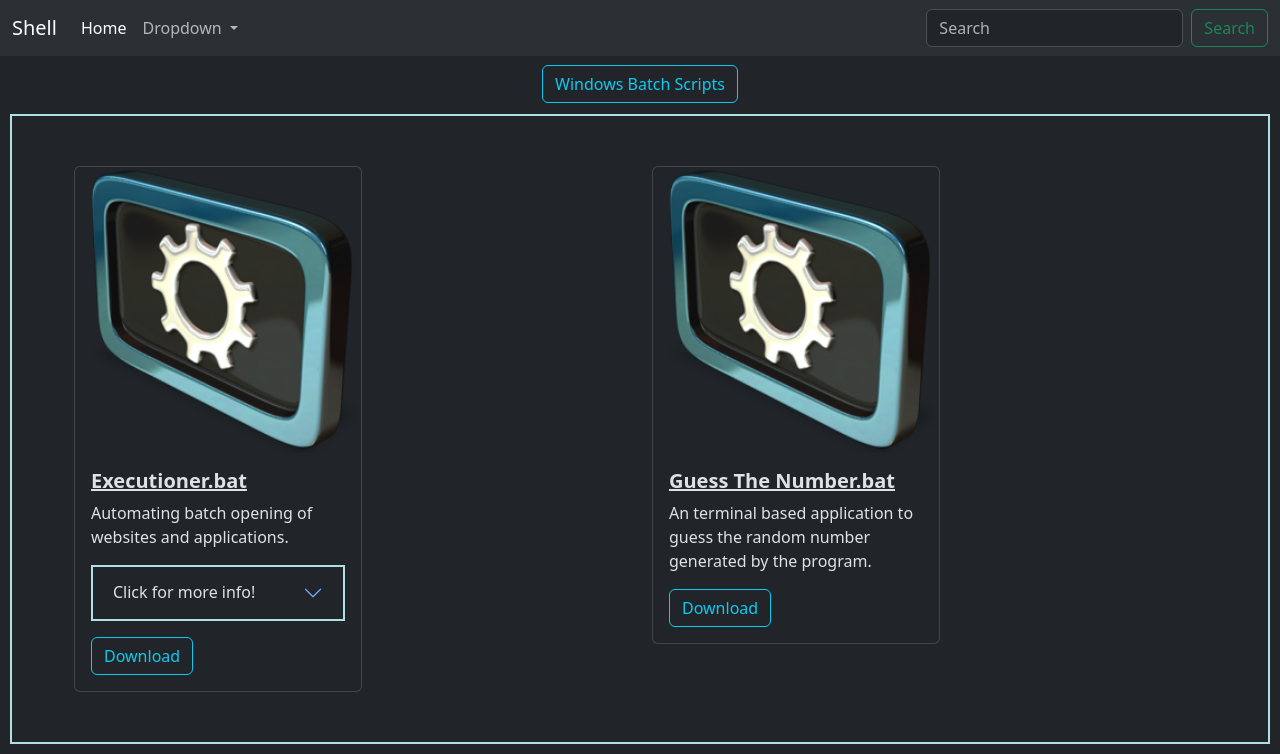
Repository: VictoriousMango/Archive
Page: index.html
The author's editor kept a copy of each file at every save. The page is drawn from the files as they stood at one save, then again after the next save.
The browser window is 1280 px wide. The pictures show the whole page.

Above is the page before, as saved 2024-10-05 20:09:49.

After the next save:
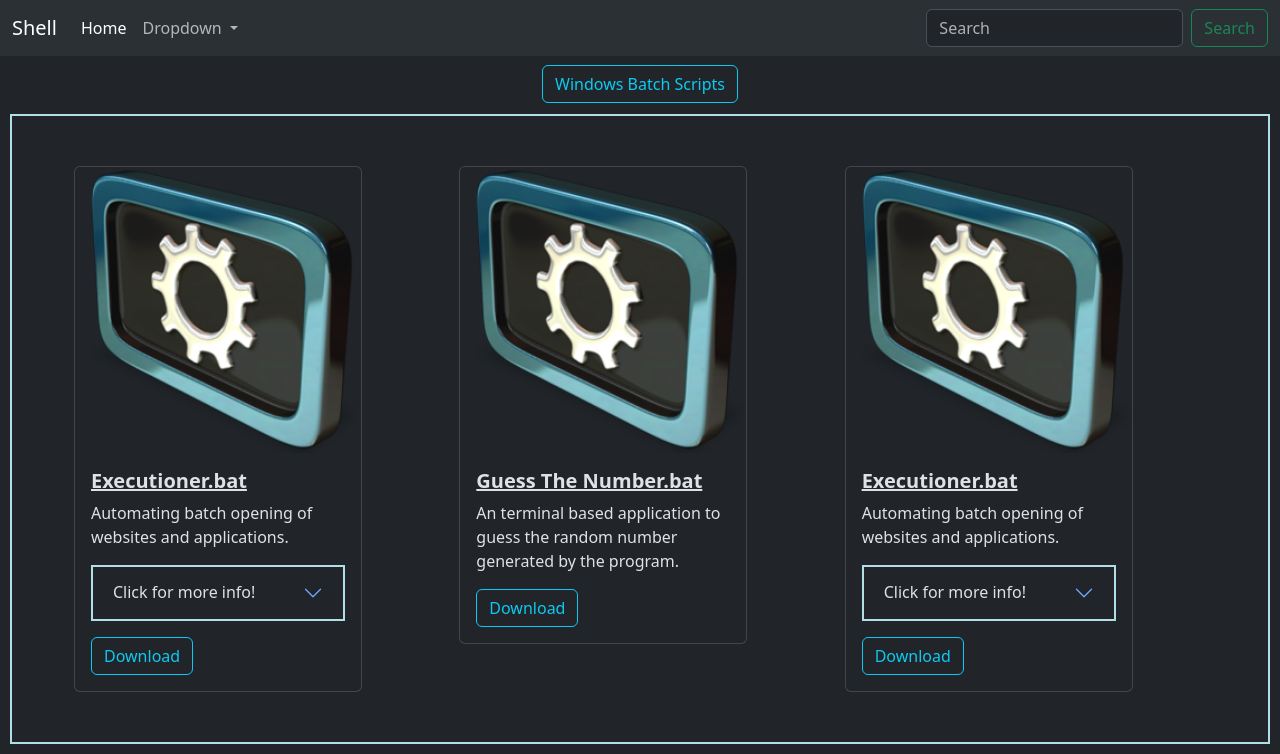
Saved 27 s later.
--- a/index.html
+++ b/index.html
@@ -99,6 +99,44 @@
                 </div>
             </div>
         </div>
+        <!-- First Card -->
+        <div class="col">
+            <div class="card" style="width: 18rem;">
+                <img src="Images\MS-DOS_Batch_File.png" class="card-img-top" alt="...">
+                <div class="card-body">
+                    <h5 class="card-title"><b><u>Executioner.bat</u></b></h5>
+                    <p class="card-text">
+                        Automating batch opening of websites and applications.
+                    <div class="accordion accordion-flush" id="accordionFlushExample">
+                        <div class="accordion-item" style="border: 2px solid powderblue;">
+                            <h2 class="accordion-header">
+                                <button class="accordion-button collapsed" type="button" data-bs-toggle="collapse"
+                                    data-bs-target="#flush-collapseOne" aria-expanded="false"
+                                    aria-controls="flush-collapseOne">
+                                    Click for more info!
+                                </button>
+                            </h2>
+                            <div id="flush-collapseOne" class="accordion-collapse collapse"
+                                data-bs-parent="#accordionFlushExample">
+                                <div class="accordion-body">
+                                    <ul>
+                                        <li>It will store different links in some sort of groups defined and structured
+                                            by you.</li>
+                                        <li>After creating groups, you can use this application to open multiple
+                                            websites and applications in a batch simultaneously.</li>
+                                        <li>This can be used as a productivity tool, for automating opening of few
+                                            applications by entering just the name of group.</li>
+                                    </ul>
+                                </div>
+                            </div>
+                        </div>
+                        </p>
+                        <a href="Projects\Windows-Batch-file\Executioner.bat" class="btn btn-outline-info"
+                            download>Download</a>
+                    </div>
+                </div>
+            </div>
+        </div>
     </div>
     <!-- Windows Batch File -->
 
